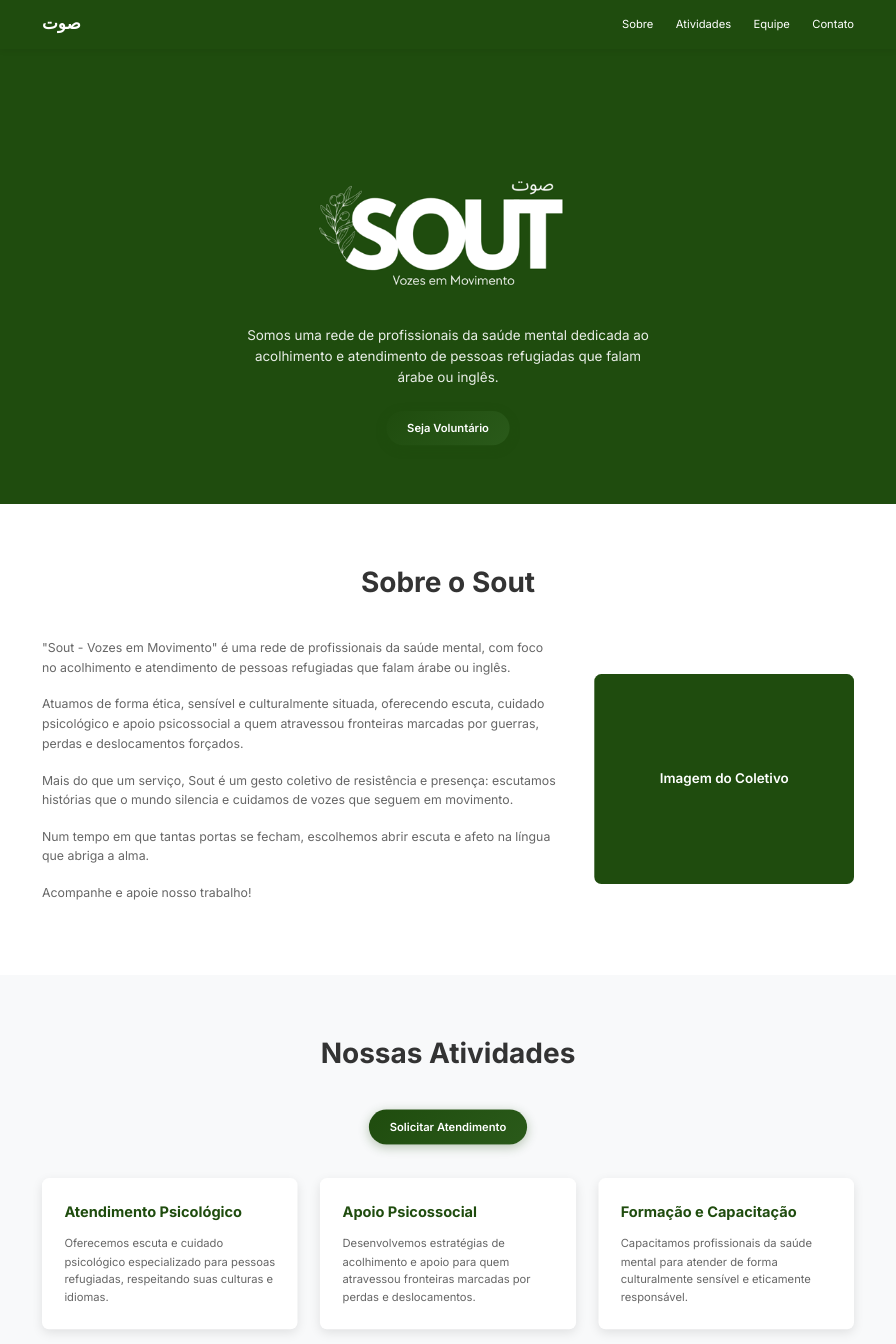
Repository: farukzahra/sout
Page: index.html
The author's editor kept a copy of each file at every save. The page is drawn from the files as they stood at one save, then again after the next save.
The browser window is 1280 px wide. The pictures show the part of the page from y = 0 to 1920 px (the page is 3386 px tall), at 70% of full size.
Some web fonts or font styles are not loaded; a fallback is used.

Above is the page before, as saved 2025-10-02 18:58:57.

After the next save:
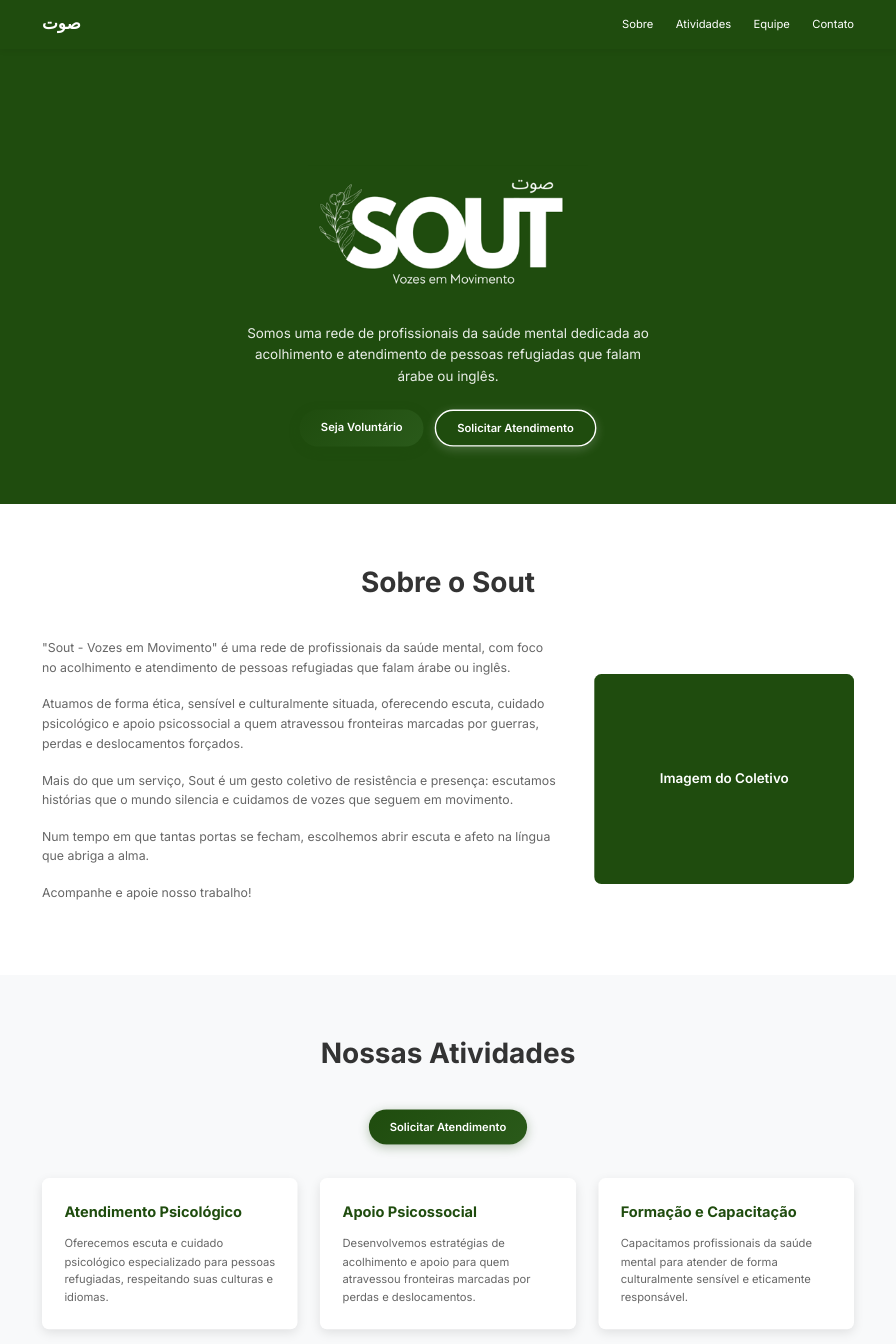
Saved 35 s later.
--- a/index.html
+++ b/index.html
@@ -34,6 +34,7 @@
                 <p>Somos uma rede de profissionais da saúde mental dedicada ao acolhimento e atendimento de pessoas refugiadas que falam árabe ou inglês.</p>
                 <div class="hero-buttons">
                     <a href="https://docs.google.com/forms/d/e/1FAIpQLSdX9GY8Kb4WV73kovT06PzRr-wZtflIAKzWhxLjnU2snoAhzg/viewform" target="_blank" class="btn btn-primary">Seja Voluntário</a>
+                    <a href="https://docs.google.com/forms/d/e/1FAIpQLSe5NEX1NYhxfed3NNeuTooWfu9DNvktDcvF1o4Ne_LvsSUjIw/viewform" target="_blank" class="btn btn-secondary">Solicitar Atendimento</a>
                 </div>
             </div>
         </section>
